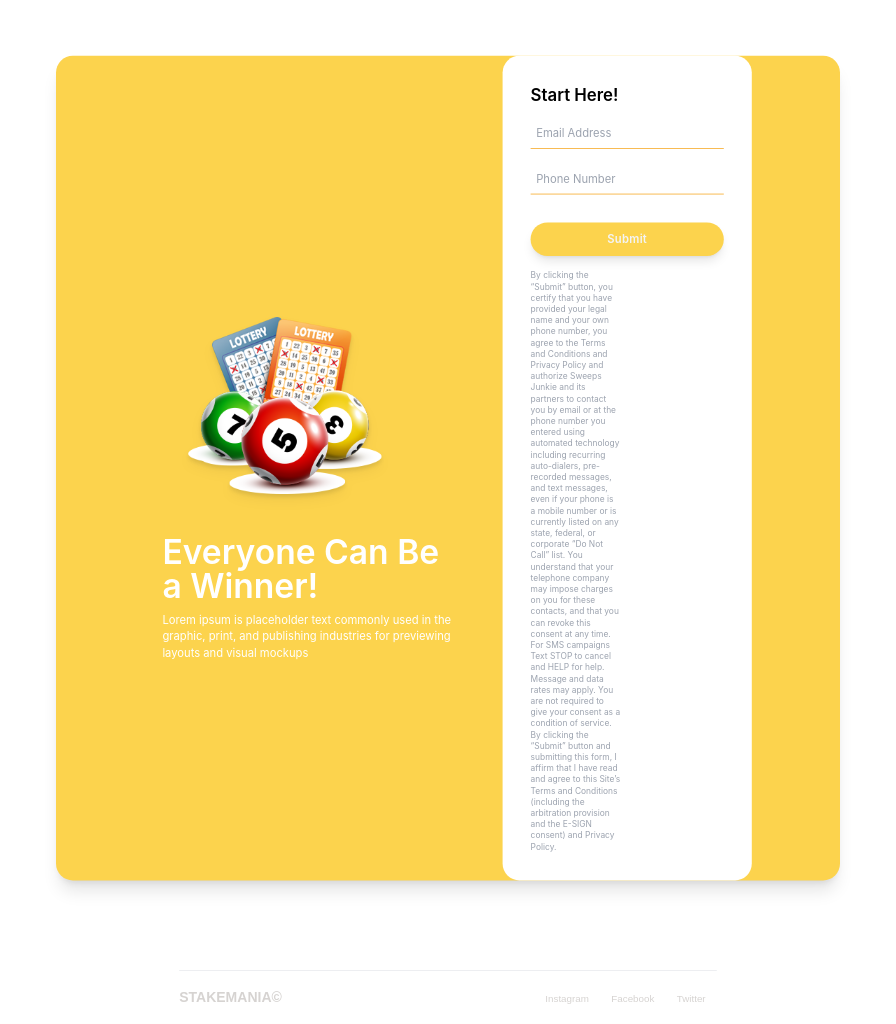
Repository: VictorJPimentel/Lottery
Page: /
The author's editor kept a copy of each file at every save. The page is drawn from the files as they stood at one save, then again after the next save.
The browser window is 1280 px wide. The pictures show the part of the page from y = 384 to 2284 px (the page is 1847 px tall before and 2455 px after), at 70% of full size.
Backgrounds fixed to the window are drawn as part of the page. The project was rebuilt for these pictures with package versions that can differ from the ones it lists, and the page was loaded fresh each time. Also part of the build but not shown: src/App.css.

Above is the page before, as saved 2022-08-12 20:28:23.

### src/components/Form.jsx
import React from "react";

function Form() {
  return (
    <>
      <div className="min-h-screen  sm:flex sm:flex-row  justify-center bg-amber-300 lg:p-50 ms:p-10 ss:h-full ss:hidden rounded-3xl shadow-xl xl:m-20 m-6  ">
        <div className="flex-col flex  self-center lg:p-10 sm:max-w-5xl xl:max-w-lg  z-10 sm:p-1">
          <div className="self-start hidden lg:flex flex-col  text-white">
            <div className="flex items-center mb-5">
              <img src={require("./star.png")} class="filter drop-shadow-lg" />
            </div>
            <h1 className="my-3 font-semibold text-5xl">
              Everyone Can Be a Winner!
            </h1>
            <p className="pr-3">
              Lorem ipsum is placeholder text commonly used in the graphic,
              print, and publishing industries for previewing layouts and visual
              mockups
            </p>
          </div>
        </div>
        <div className="flex justify-center self-center  z-10 w-96">
          <div className="p-12 bg-primary mx-auto rounded-3xl w-100 xl:p-10 ">
            <div className="mb-4">
              <h3 className="font-semibold text-2xl text-black">
                Start Here!{" "}
              </h3>
            </div>
            <div className="space-y-5">
              <div className="space-y-2 flex items-center border-b border-amber-500 py-2">
                <input
                  className="appearance-none bg-transparent border-none w-full text-gray-700 mr-3 py-1 px-2 leading-tight focus:outline-none"
                  type="email"
                  placeholder="Email Address"
                  aria-label="Email Address"
                />
              </div>
              <div className="space-y-2 flex items-center border-b border-amber-500 py-2">
                <input
                  className="appearance-none bg-transparent border-none w-full text-gray-700 mr-3 py-1 px-2 leading-tight focus:outline-none"
                  type="tel"
                  placeholder="Phone Number"
                  aria-label="Phone Number"
                />
              </div>
              <div className="flex items-center justify-between"></div>
              <div>
                <button
                  type="submit"
                  className="w-full flex justify-center bg-amber-300  hover:bg-amber-400 text-gray-100 p-3  rounded-full tracking-wide font-semibold  shadow-lg cursor-pointer transition ease-in duration-500"
                >
                  Submit
                </button>
              </div>
              <div className="flex items-center justify-center space-x-2 my-5 text-xs  text-gray-400  max-w-32">
                By clicking the “Submit” button, you certify that you have
                provided your legal name and your own phone number, you agree to
                the Terms and Conditions and Privacy Policy and authorize Sweeps
                Junkie and its partners to contact you by email or at the phone
                number you entered using automated technology including
                recurring auto-dialers, pre-recorded messages, and text
                messages, even if your phone is a mobile number or is currently
                listed on any state, federal, or corporate “Do Not Call” list.
                You understand that your telephone company may impose charges on
                you for these contacts, and that you can revoke this consent at
                any time. For SMS campaigns Text STOP to cancel and HELP for
                help. Message and data rates may apply. You are not required to
                give your consent as a condition of service. By clicking the
                “Submit” button and submitting this form, I affirm that I have
                read and agree to this Site’s Terms and Conditions (including
                the arbitration provision and the E-SIGN consent) and Privacy
                Policy.
              </div>
            </div>
          </div>
        </div>
      </div>
    </>
  );
}

export default Form;

### src/components/Footer.jsx
import React from "react";

function Footer() {
  return (
    <>
      <footer class="text-stone-300 bg-primary">
        <div class="max-w-3xl mx-auto py-6">
          <hr class="h-px my-6 bg-primary" />
          <div class="flex flex-col items-center justify-between mt-6 md:flex-row">
            <div>
              <a
                href="#"
                class="text-xl font-bold font-title text-stone-300 hover:text-stone-400"
              >
                STAKEMANIA&copy;
              </a>
            </div>

            <div class="flex mt-4 md:m-0">
              <div class="-m-x4">
                <a
                  href="https://www.instagram.com/"
                  target="_blank"
                  class="px-4 text-sm text-stone-300 font-content hover:text-stone-400"
                >
                  Instagram
                </a>
                <a
                  href="https://www.facebook.com/"
                  target="_blank"
                  class="px-4 text-sm text-stone-300 font-content hover:text-stone-400"
                >
                  Facebook
                </a>
                <a
                  href="https://twitter.com/"
                  target="_blank"
                  class="px-4 text-sm text-stone-300 font-content hover:text-stone-400"
                >
                  Twitter
                </a>
              </div>
            </div>
          </div>
        </div>
      </footer>
    </>
  );
}

export default Footer;

### src/components/Header.jsx
import React from "react";

function Header() {
  return (
    <>
      <div class="flex items-center justify-center w-full h-96 mb-0 bg-fixed bg-center bg-cover lg:p-32 p-10 bg-main-page2">
        <p class="p-5 lg:text-2xl text-lg text-stone-300 bg-primary rounded-xl font-title text-center shadow-2xl">
          <img
            src={require("./stakemania.png")}
            class="filter drop-shadow-lg"
          />
        </p>
      </div>
    </>
  );
}

export default Header;

### tailwind.config.js
/** @type {import('tailwindcss').Config} */
module.exports = {
  content: ["./index.html", "./src/**/*.{vue,js,ts,jsx,tsx}"],
  theme: {
    backgroundImage: {
      "main-page":
        "url('https://www.nerdynaut.com/wp-content/uploads/2021/03/Learn-How-to-Play-Keno-Lottery.png')",
      "main-page2":
        "url('https://www.nerdynaut.com/wp-content/uploads/2021/03/Learn-How-to-Play-Keno-Lottery.png')",
    },
    extend: {
      fontFamily: {
        title: ["Montserrat Alternates", "sans-serif"],
        content: ["'Poppins'", "sans-serif"],
      },
      fontSize: {
        "main-title": "11rem",
        "main-mid": "15rem",
      },
      colors: {
        primary: "#FFF",
        secondary: "#fff",
        header: "#181c2c",
        product: "#23262C",
      },
      screens: {
        ss: "500px",
      },
    },
  },
  plugins: [],
};

Loaded but not shown: public/index.html (common file); src/index.js (common file); src/index.css (common file); src/App.js (common file); src/reportWebVitals.js (common file)

After the next save:
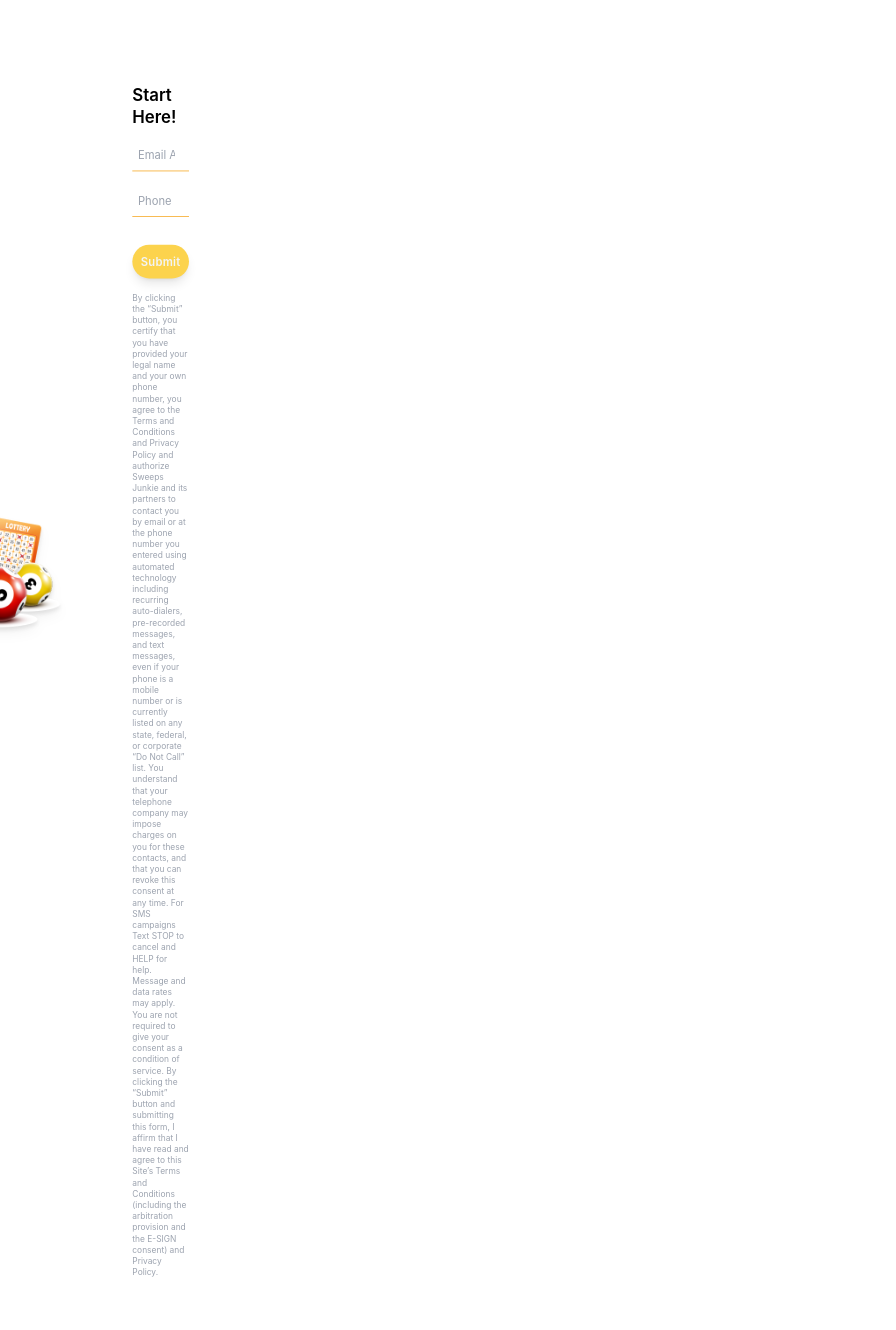
Saved 22 s later.
--- a/src/components/Form.jsx
+++ b/src/components/Form.jsx
@@ -3,7 +3,7 @@
 function Form() {
   return (
     <>
-      <div className="min-h-screen  sm:flex sm:flex-row  justify-center bg-amber-300 lg:p-50 ms:p-10 ss:h-full ss:hidden rounded-3xl shadow-xl xl:m-20 m-6  ">
+      <div className="min-h-screen  sm:flex sm:flex-row  justify-center bg-amber-300 lg:p-50 ms:p-10 ss:h-full ss:w-0 rounded-3xl shadow-xl xl:m-20 m-6  ">
         <div className="flex-col flex  self-center lg:p-10 sm:max-w-5xl xl:max-w-lg  z-10 sm:p-1">
           <div className="self-start hidden lg:flex flex-col  text-white">
             <div className="flex items-center mb-5">

After the save that followed:
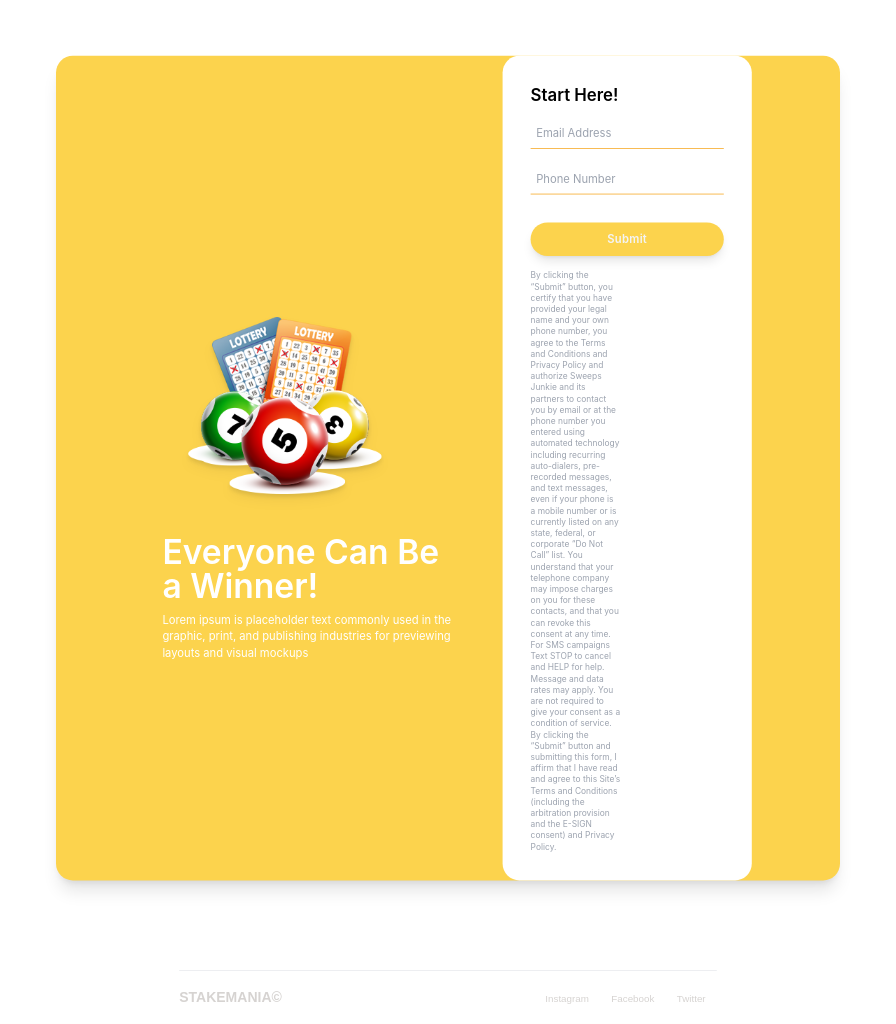
Saved 16 s later.
--- a/src/components/Form.jsx
+++ b/src/components/Form.jsx
@@ -3,7 +3,7 @@
 function Form() {
   return (
     <>
-      <div className="min-h-screen  sm:flex sm:flex-row  justify-center bg-amber-300 lg:p-50 ms:p-10 ss:h-full ss:w-0 rounded-3xl shadow-xl xl:m-20 m-6  ">
+      <div className="min-h-screen  sm:flex sm:flex-row  justify-center bg-amber-300 lg:p-50 ms:p-10 ss:h-full ss:hide rounded-3xl shadow-xl xl:m-20 m-6  ">
         <div className="flex-col flex  self-center lg:p-10 sm:max-w-5xl xl:max-w-lg  z-10 sm:p-1">
           <div className="self-start hidden lg:flex flex-col  text-white">
             <div className="flex items-center mb-5">
